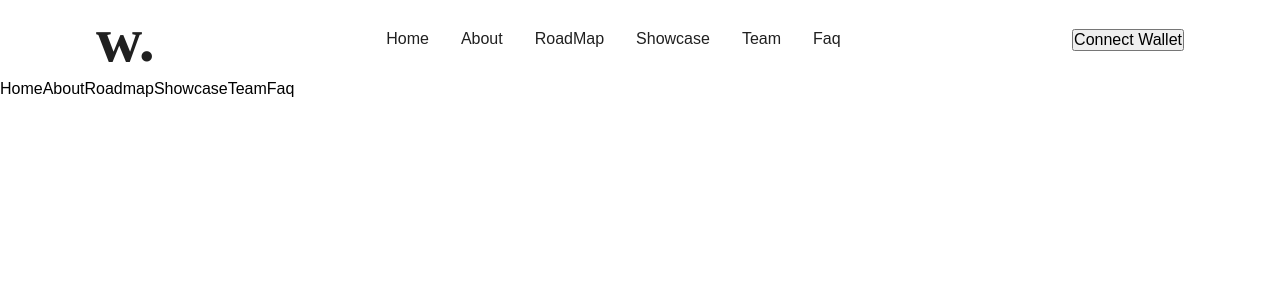
Repository: guilhermecardoso93/The-Weirdos-NFT-Website-Starter-Code
Page: /
An editor plug-in stored every save of this project. The page is shown before and after the next save, followed by the edit.
The browser window is 1280 px wide. The pictures show the whole page.
Some web fonts or font styles are not loaded; a fallback is used. The project was rebuilt for these pictures with package versions that can differ from the ones it lists, and the page was loaded fresh each time.

Above is the page before, as saved 2023-11-27 20:10:01.

### src/index.js
import React from 'react';
import ReactDOM from 'react-dom';
import {App} from './App';
import '../node_modules/normalize.css/normalize.css';
import { BrowserRouter } from 'react-router-dom';

//import reportWebVitals from './reportWebVitals';

ReactDOM.render(
  <React.StrictMode>
    <BrowserRouter>
      <App />
    </BrowserRouter>
  </React.StrictMode>,
  document.getElementById('root')
);

// If you want to start measuring performance in your app, pass a function
// to log results (for example: reportWebVitals(console.log))
// or send to an analytics endpoint. Learn more: https://bit.ly/CRA-vitals
//reportWebVitals();

### src/App.js
import { ThemeProvider } from "styled-components";

import { GlobalStyles } from "./styles/GlobalStyles";
import { light } from "./styles/Theme";

import { Navigation } from "./components/Navigation";
import { Home } from "./components/sections/Home";
import { About } from "./components/sections/About";
import { Roadmap } from "./components/sections/Roadmap";
import { Showcase } from "./components/sections/Showcase";
import { Team } from "./components/sections/Team";
import { Faq } from "./components/sections/Faq";

export function App() {
  return (
    <>
      <GlobalStyles />
        <ThemeProvider theme={light}>
          <Navigation />
          <Home />
          <About />
          <Roadmap />
          <Showcase />
          <Team />
          <Faq />
        </ThemeProvider>
    </>
  );
}

### src/styles/GlobalStyles.js
import { createGlobalStyle } from "styled-components"

import '@fontsource/akaya-telivigala';
import '@fontsource-variable/sora';


export const GlobalStyles = createGlobalStyle`
  *,*::before,*::after {
    margin: 0;
    padding: 0;
  }

  body {
  font-family: 'Sora Variable', sans-serif;
  overflow-x: hidden;
}

  h1, h2, h3, h4, h5, h6 {
  margin: 0;
  padding: 0;
  }

  a {
  color: inherit;
  text-decoration: none;
  }
`

### src/styles/Theme.js
export const light = {
    body: "#fff",
    text: "#202020",
    bodyRgba: "255, 255, 255",
    textRgba: "32,32,32",

    carouselColor: '#EEEDDE',

    fontxs: '0.75em',
    fontsm: '0.875em',
    fontmd: '1em', // 1em = 16px
    fontlg: '1.25em',
    fontxl: '2em',
    fontxxl: '3em',
    fontxxxl: '4em',

    fontButton: '0.875em',
    navHeight: '5rem',
}

export const dark = {
    body: "#202020",
    text: "#fff",

    bodyRgba: "32,32,32",
    textRgba: "255, 255, 255",

    carouselColor: '#EEEDDE',

    fontxs: '0.75em',
    fontsm: '0.875em',
    fontmd: '1em', // 1em = 16px
    fontlg: '1.25em',
    fontxl: '2em',
    fontxxl: '3em',
    fontxxxl: '4em',

    fontButton: '0.875em',
    navHeight: '5rem',
}

### src/components/Navigation/index.jsx
import { Button } from "../Button";
import { Logo } from "../Logo";
import { Section, NavBar, Menu } from "./style";

export function Navigation() {
  return (
    <Section>
      <NavBar>
        <Logo />
        <Menu>
          <li>Home</li>
          <li>About</li>
          <li>RoadMap</li>
          <li>Showcase</li>
          <li>Team</li>
          <li>Faq</li>
        </Menu>
        <Button
          text='Connect Wallet'
          link='https://google.com'
        />
      </NavBar>
      </Section>
  )
}

### src/components/sections/Home/index.jsx
export function Home() {
  return (
    <>
      Home
    </>
  )
}

### src/components/sections/About/index.jsx
export function About() {
  return (
    <>
      About
    </>
  )
}

### src/components/sections/Roadmap/index.jsx
export function Roadmap() {
  return (
    <>
      Roadmap
    </>
  )
}

### src/components/sections/Showcase/index.jsx
export function Showcase() {
  return (
    <>
      Showcase
    </>
  )
}

### src/components/sections/Team/index.jsx
export function Team() {
  return (
    <>
      Team
    </>
  )
}

### src/components/sections/Faq/index.jsx
export function Faq() {
  return (
    <>
      Faq
    </>
  )
}

### src/components/Button/index.jsx
import styled from "styled-components";

const ButtonMain = styled.button`

`;

export function Button({ link, text }) {
  return (
    <ButtonMain>
      <a href={link} aria-label={text} target="_blank" rel="noopener noreferrer">
        {text}
      </a>
    </ButtonMain>
  );
}

### src/components/Logo/index.jsx
import { Link } from "react-router-dom";
import { LogoText } from "./style";

export function Logo() {
  return (
    <LogoText>
      <Link to="/">w.</Link>
    </LogoText>
  );
}

### src/components/Navigation/style.js
import styled from "styled-components";

export const Section = styled.section`
  width: 100vw;
  background-color: ${props => props.theme.body};
`

export const NavBar = styled.nav`
  display: flex;
  justify-content: space-between;
  align-items: center;

  width: 85%;
  height: ${props => props.theme.navHeight};
  margin: 0 auto;
`;

export const Menu = styled.ul`
  display: flex;
  justify-content: space-between;
  align-items: center;
  list-style: none;

  li {
    margin: 0 1rem;
    color: ${props => props.theme.text};
    cursor: pointer;

    &::after {
      content: '';
      display: block;
      width: 0%;
      height: 2px;
      background-color: ${props => props.theme.text};
      transition: width 0.3 ease;
    }

    &:hover::after {
      width: 100%;
    }
  }
`

### src/components/Logo/style.js
import styled from "styled-components";
import "@fontsource/akaya-telivigala";

export const LogoText = styled.h1`
  font-family: "Akaya Telivigala", cursive;
  font-size: ${props => props.theme.fontxxxl};
  color: ${props => props.theme.text};
  transition: all 0.2s ease;

  &:hover {
    transform: scale(1.1)
  }
`;

Loaded but not shown: public/index.html (common file)

After the next save:
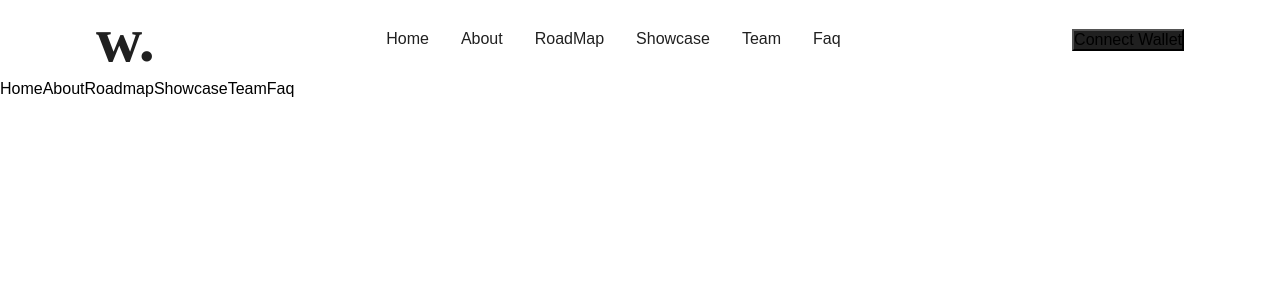
Saved 59 s later.
--- a/src/components/Button/index.jsx
+++ b/src/components/Button/index.jsx
@@ -1,7 +1,8 @@
 import styled from "styled-components";
 
 const ButtonMain = styled.button`
-
+  display: inline-block;
+  background-color: ${props => props.theme.text};
 `;
 
 export function Button({ link, text }) {
